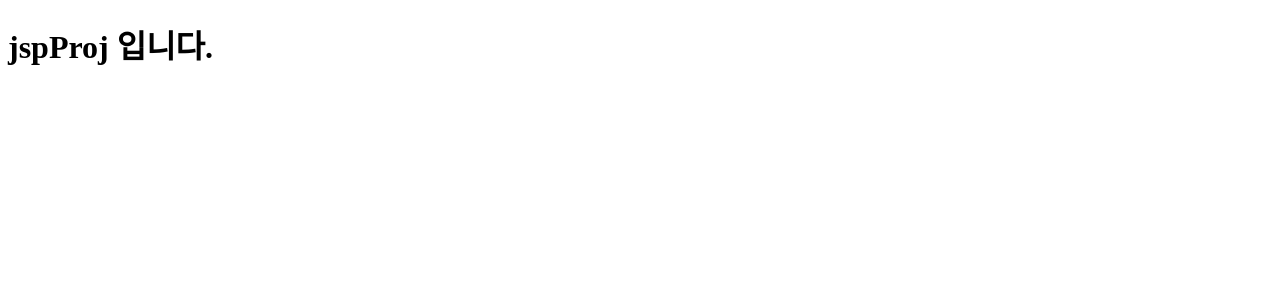
Repository: pshho/newJspProject
Page: http://localhost/JspProj/
An editor plug-in stored every save of this project. The page is shown before and after the next save, followed by the edit.
The browser window is 1280 px wide. The pictures show the whole page.
The page is served by Tomcat 9.

Above is the page before, as saved 2023-07-25 03:31:39.

After the next save:
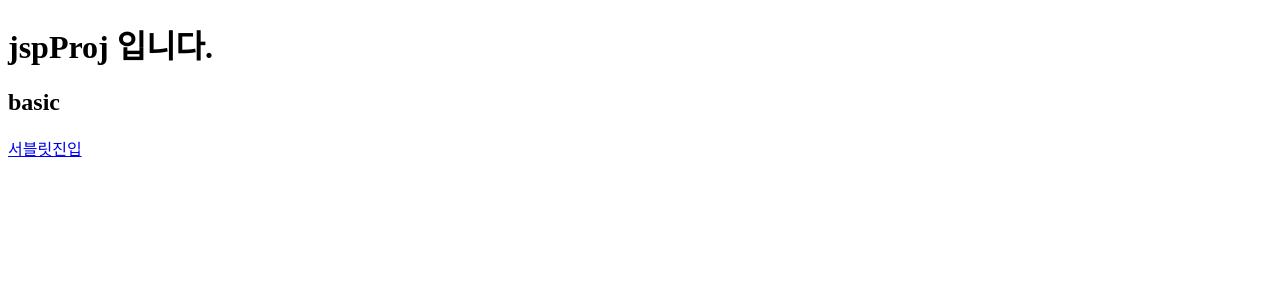
Saved 23 s later.
--- a/JspProj/src/main/webapp/index.jsp
+++ b/JspProj/src/main/webapp/index.jsp
@@ -8,5 +8,7 @@
 </head>
 <body>
 	<h1>jspProj 입니다.</h1>
+	<h2>basic</h2>
+	<a href="basic/First">서블릿진입</a>
 </body>
 </html>
